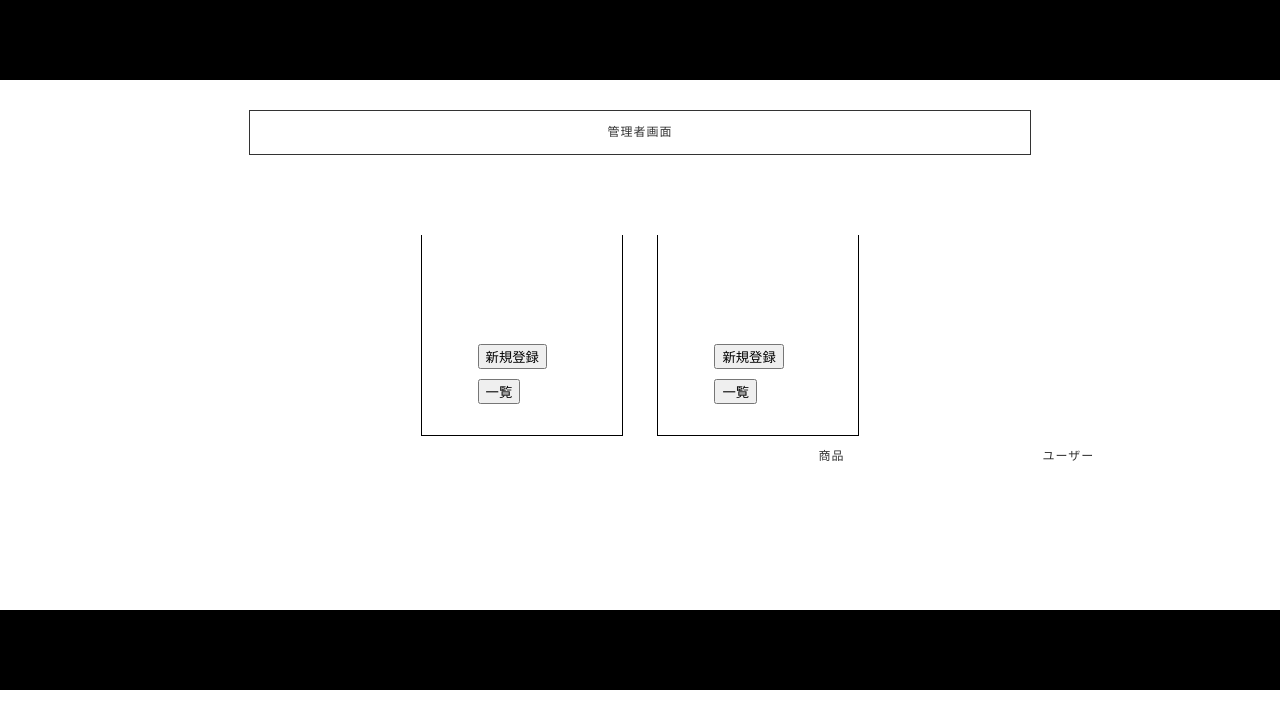
Repository: hiraide8/test
Page: http://localhost/ecsite/admin.jsp
These files come from the project's save history. The page is drawn as it stood at one moment and after the next save; the edit follows.
The browser window is 1280 px wide. The pictures show the whole page.
The page is served by Tomcat 9.

Above is the page before, as saved 2019-01-23 11:53:36.

After the next save:
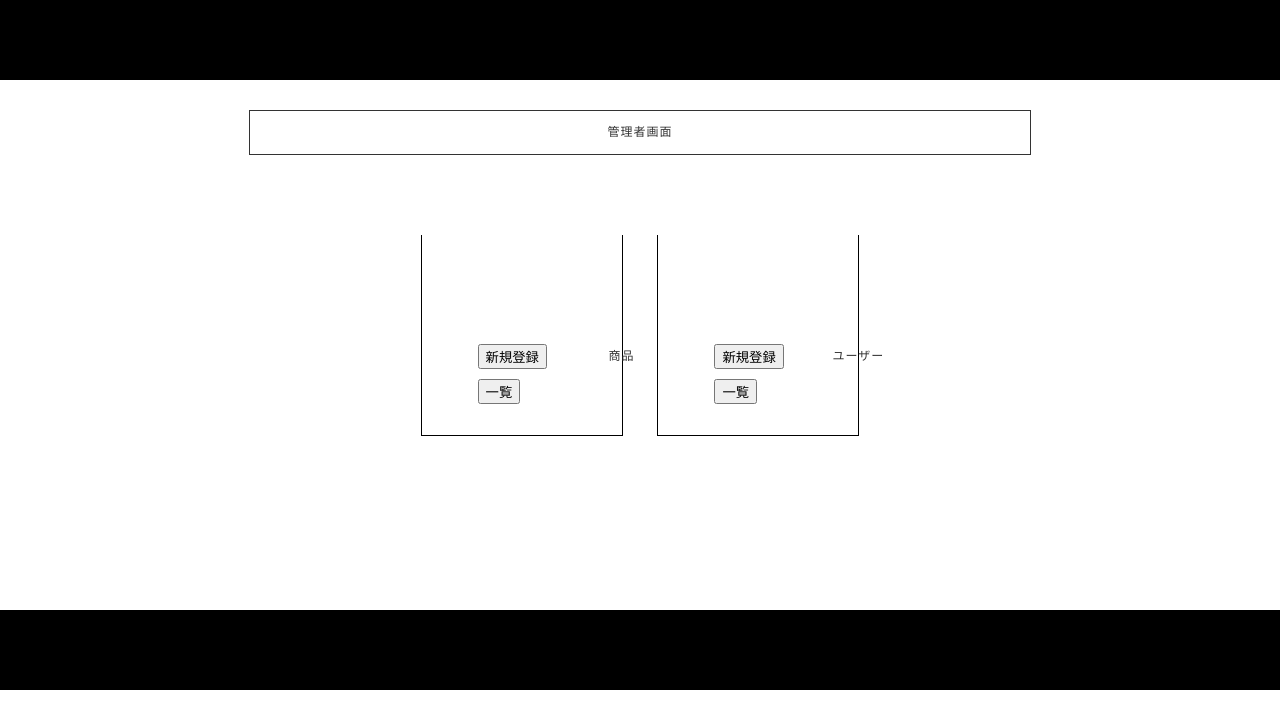
Saved 28 s later.
--- a/ecsite/WebContent/admin.jsp
+++ b/ecsite/WebContent/admin.jsp
@@ -65,8 +65,8 @@
                 }
                 .bbb{
                   position:relative;
-                  top:200px;
-                  left:310px;
+                  top:100px;
+                  left:100px;
                 }
        </style>
 </head>
